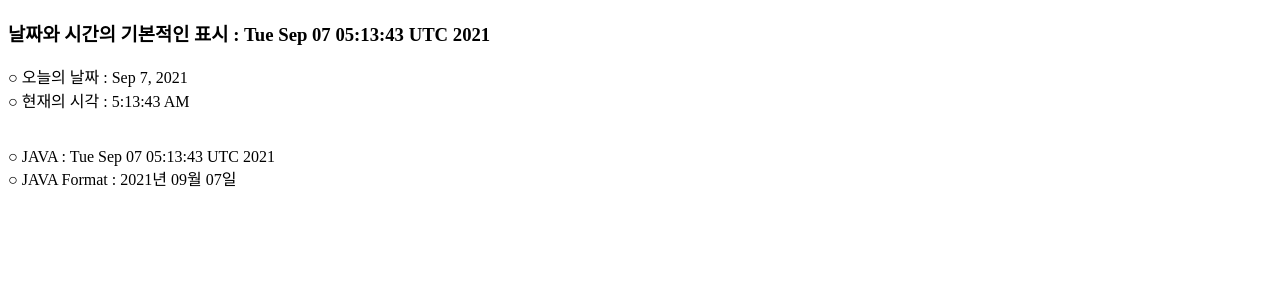
Repository: youngmoon525/Jsp_Servlet
Page: http://localhost/03.JSP/jsp38.jsp
The author's editor kept a copy of each file at every save. The page is drawn from the files as they stood at one save, then again after the next save.
The browser window is 1280 px wide. The pictures show the whole page.
The page is served by Tomcat 9.

Above is the page before, as saved 2021-09-09 03:33:24.

After the next save:
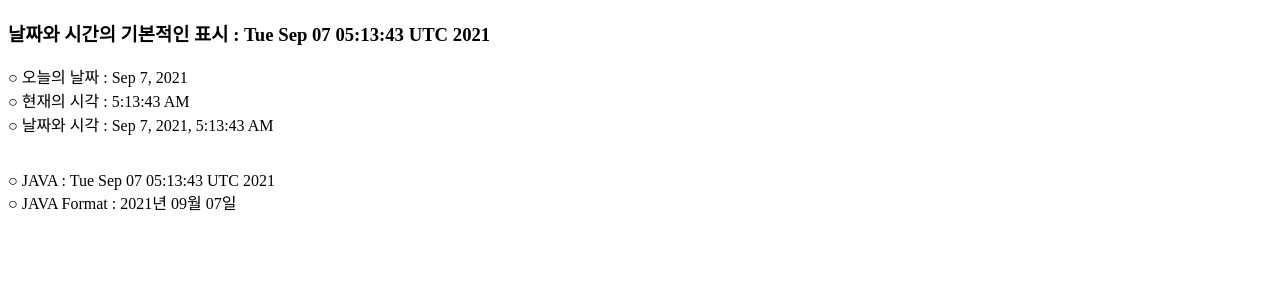
Saved 58 s later.
--- a/workspace/03.JSP/WebContent/jsp38.jsp
+++ b/workspace/03.JSP/WebContent/jsp38.jsp
@@ -14,7 +14,7 @@
 <h3>날짜와 시간의 기본적인 표시 : ${date}</h3>
 ○ 오늘의 날짜 : <fmt:formatDate value="${date}" type="date"/><br/>
 ○ 현재의 시각 : <fmt:formatDate value="${date}" type="time"/><br/>
-
+○ 날짜와 시각 : <fmt:formatDate value="${date}" type="both"/><br/>
 
 
 <br/><br/>
